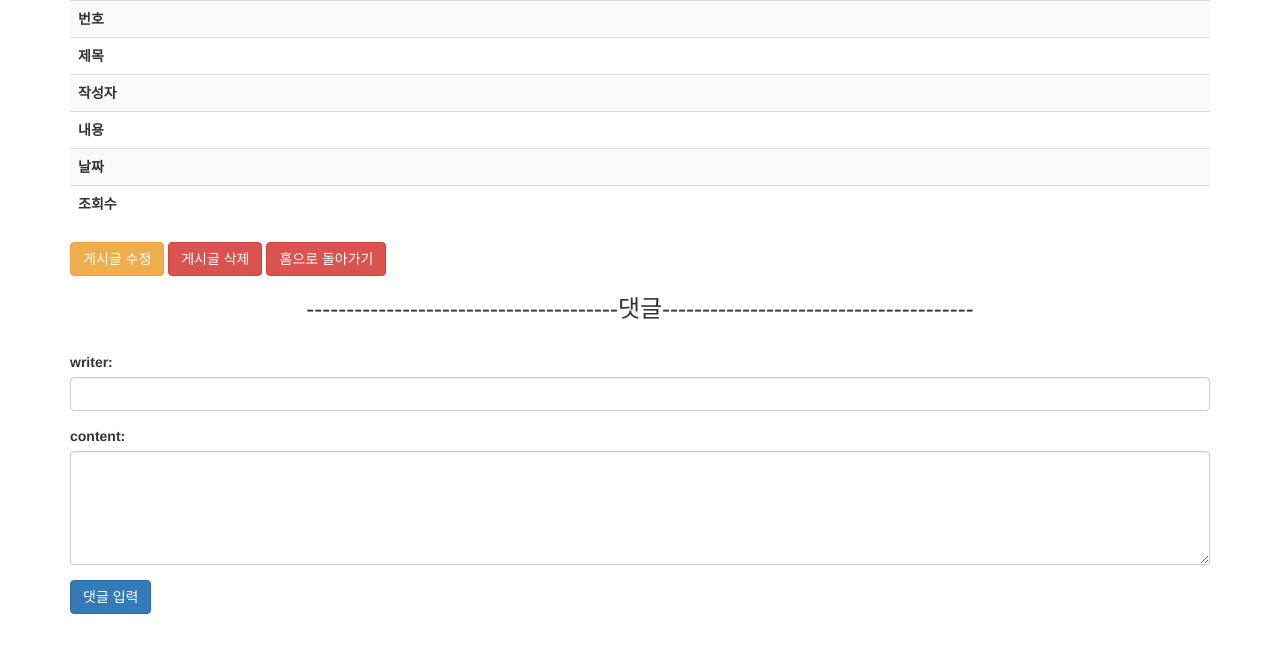
Repository: changyunLee/practice_01
Page: http://localhost/board0513/WEB-INF/views/detail.jsp
These files come from the project's save history. The page is drawn as it stood at one moment and after the next save; the edit follows.
The browser window is 1280 px wide. The pictures show the whole page.
The page is served by Tomcat 9. Nobody is signed in. Other server files are loaded and not shown. The template is opened directly, without the code that normally fills it, so the values that code supplies are empty.

Above is the page before, as saved 2021-10-05 03:42:22.

### SpringMVC_WORK/board0513/src/main/webapp/WEB-INF/views/detail.jsp
<%@ page language="java" contentType="text/html; charset=UTF-8"
	pageEncoding="UTF-8"%>
<%@ taglib prefix="c" uri="http://java.sun.com/jsp/jstl/core"%>


<!DOCTYPE html>
<html>
<head>
<!-- Latest compiled and minified CSS -->
<link rel="stylesheet"
	href="https://maxcdn.bootstrapcdn.com/bootstrap/3.4.1/css/bootstrap.min.css">

<!-- jQuery library -->
<script
	src="https://ajax.googleapis.com/ajax/libs/jquery/3.5.1/jquery.min.js"></script>

<!-- Latest compiled JavaScript -->
<script
	src="https://maxcdn.bootstrapcdn.com/bootstrap/3.4.1/js/bootstrap.min.js"></script>

<meta charset="UTF-8">

<title>Insert title here</title>
<script type="text/javascript"
	src="https://code.jquery.com/jquery-3.6.0.min.js"></script>
<script type="text/javascript">
	function reply() {
		$.ajax({
			url : "/reply.do",
			type : "POST",
			data : $("#writerply").serialize(),
			dataType : "JSON",
			success : function(result) {
				console.log(result);
				alert("작성 완료?");
				location.href = "/home.do";
			}
		})
	}
</script>
</head>
<body>

<div class="container">

	<table  class="table table-striped">

		<tr>
			<th>번호</th>
			<td>${board.bnum}</td>
		</tr>
		<tr>
			<th>제목</th>
			<td>${board.title}</td>
		</tr>
		<tr>
			<th>작성자</th>
			<td>${board.writer}</td>
		</tr>
		<tr>
			<th>내용</th>
			<td>${board.bcontent}</td>
		</tr>
		<tr>
			<th>날짜</th>
			<td>${board.bdate}</td>
		</tr>
		<tr>
			<th>조회수</th>
			<td>${board.bcnt}</td>
		</tr>

	</table>

		<button type="button" class="btn btn-warning"
		onclick="location.href='update.do?bnum=${board.bnum}'">게시글 수정</button>
	<button type="button"  class="btn btn-danger"
		onclick="location.href='delete.do?bnum=${board.bnum}'">게시글 삭제</button>
		<button type="button"  class="btn btn-danger"
		onclick="location.href='home.do'">홈으로 돌아가기</button>




	<!-- 댓글  -->

	<table border="1" width="50%">
		<form id="writerply">

			<h3 style="text-align: center">---------------------------------------댓글---------------------------------------</h3>
			<input type="hidden" name="bnum" value=" ${board.bnum }" /><br />

			<div class="form-group">
				<label for="writer">writer:</label> <input type="text"
					class="form-control" id="writer" name="writer"
					value="${member.userid }">
			</div>
			<div class="form-group">
				<label for="content">content:</label>
				<textarea class="form-control" rows="5" id="content" name="content"></textarea>
			</div>
		</form>
	</table>
	<button type="button" class="btn btn-primary" onclick="reply()">댓글 입력</button>

	<div id="reply">
		<ol class="replyList">
			<c:forEach items="${replyList }" var="reply">
				<li>
					<p>
					<span class="glyphicon glyphicon-user"></span>
						작성자 : ${reply.writer } <br /> 작성 날짜 : ${reply.regdate }<br />
					</p>
					<p class="bg-info">-->${reply.content}</p>

				</li>
			</c:forEach>
		</ol>
	</div>
</div>

</body>
</html>

After the next save:
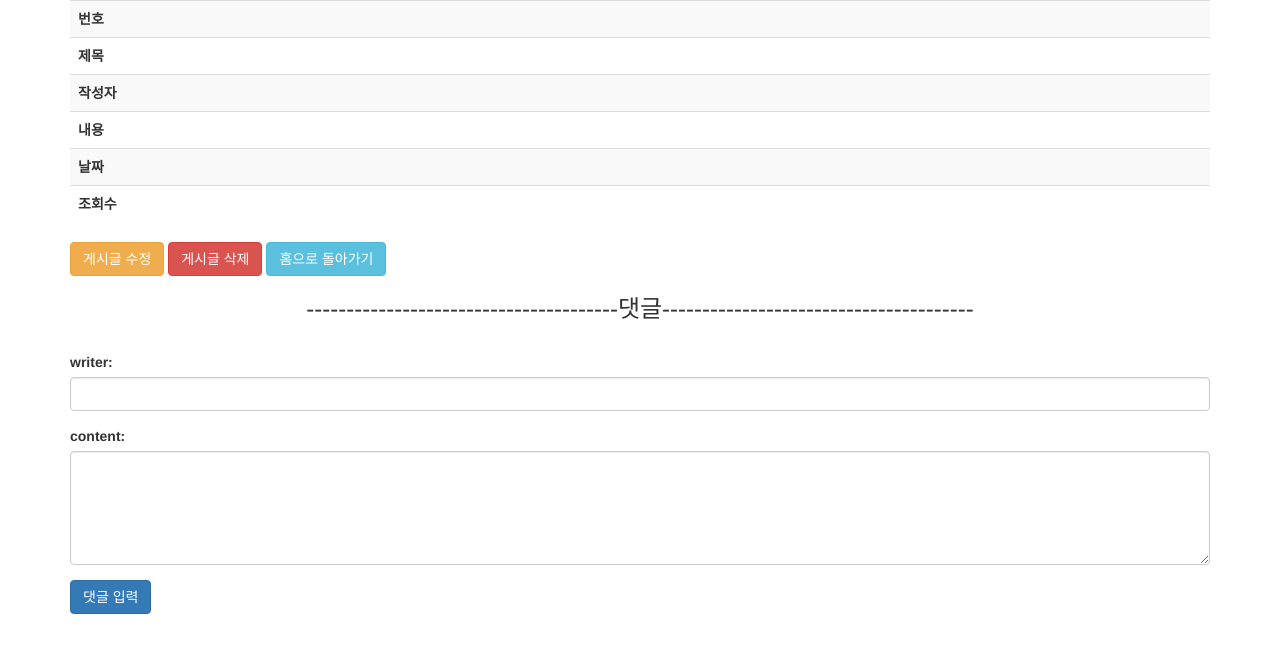
Saved 23 s later.
--- a/SpringMVC_WORK/board0513/src/main/webapp/WEB-INF/views/detail.jsp
+++ b/SpringMVC_WORK/board0513/src/main/webapp/WEB-INF/views/detail.jsp
@@ -76,7 +76,7 @@
 		onclick="location.href='update.do?bnum=${board.bnum}'">게시글 수정</button>
 	<button type="button"  class="btn btn-danger"
 		onclick="location.href='delete.do?bnum=${board.bnum}'">게시글 삭제</button>
-		<button type="button"  class="btn btn-danger"
+		<button type="button"  class="btn btn-info"
 		onclick="location.href='home.do'">홈으로 돌아가기</button>
 
 
